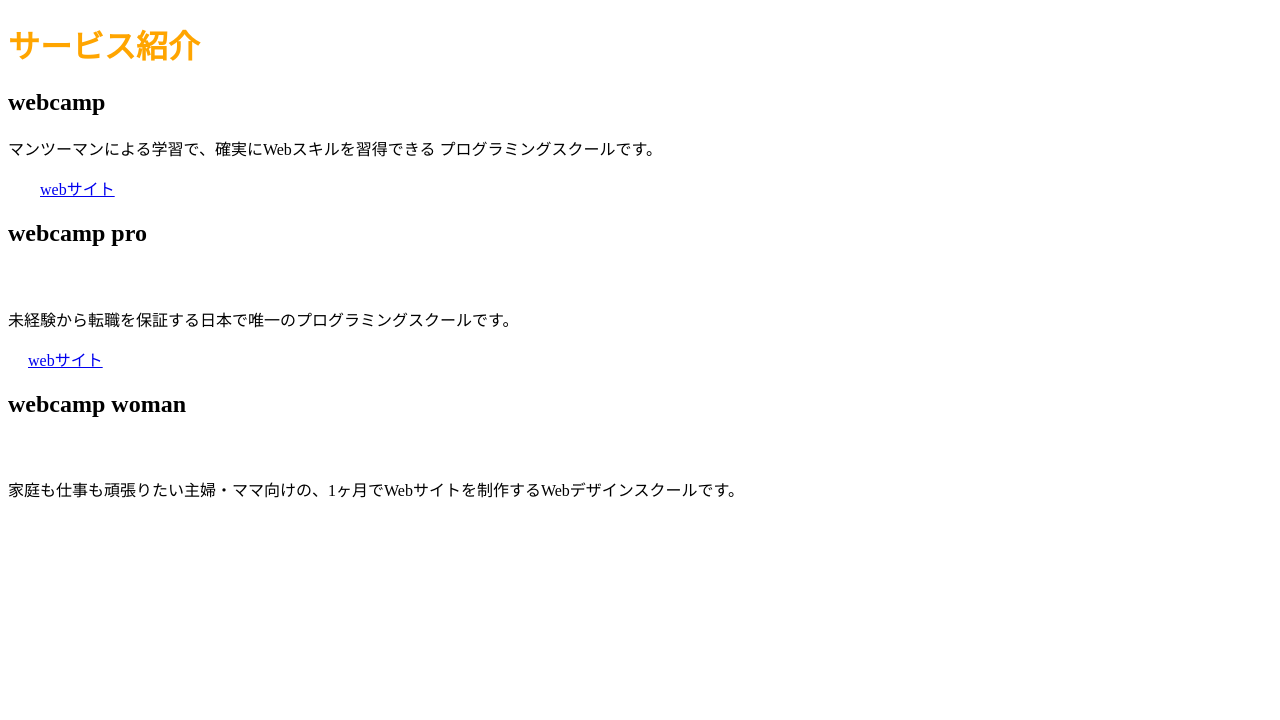
Repository: ryosei-110/HTML-CSS-
Page: 1-2/1-2.html
The author's editor kept a record of every edit. The page is drawn from the files as they stood at one moment, then again after the next edit.
The browser window is 1280 px wide. The pictures show the whole page.

Above is the page before.

### 1-2/1-2.html
<!DOCTYPE html>
<html lang="ja">
  <head>
    <meta charset="UTF-8" />
    <link rel="stylesheet" href="1-2.css" />
    <title>1-2演習問題</title>
  </head>
  <body>
    <h1>サービス紹介</h1>
      <h2>webcamp</h2>
        <p>マンツーマンによる学習で、確実にWebスキルを習得できる
        プログラミングスクールです。</p>
        　　<a href="https://infratop.jp/">webサイト</a>
    　<h2>webcamp pro</h2>
    　　  <p>未経験から転職を保証する日本で唯一のプログラミングスクールです。</p>
    　       <a href="https://infratop.jp/">webサイト</a>
    　<h2>webcamp woman</h2>
    　<p>家庭も仕事も頑張りたい主婦・ママ向けの、1ヶ月でWebサイトを制作するWebデザインスクールです。</p>

    </div>
  </body>
</html>

### 1-2/1-2.css
h1{color: orange}

After the next edit:
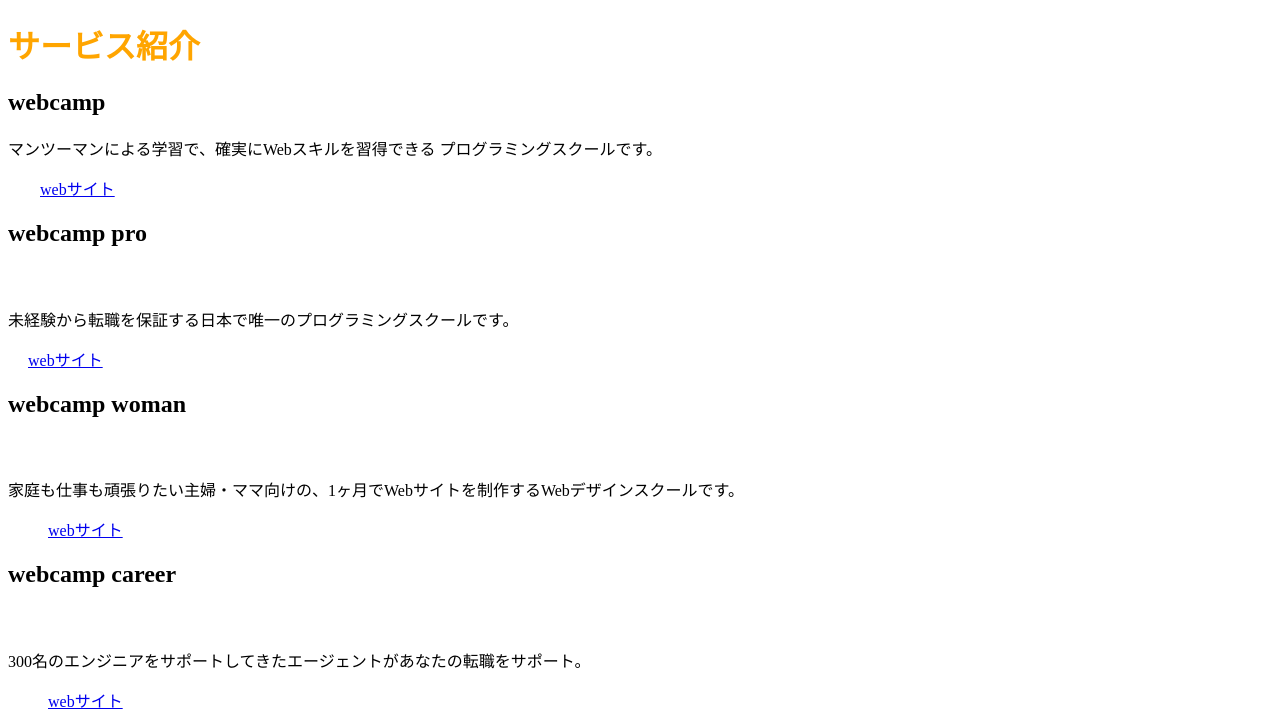
The edit:
--- a/1-2/1-2.html
+++ b/1-2/1-2.html
@@ -15,8 +15,11 @@
     　　  <p>未経験から転職を保証する日本で唯一のプログラミングスクールです。</p>
     　       <a href="https://infratop.jp/">webサイト</a>
     　<h2>webcamp woman</h2>
-    　<p>家庭も仕事も頑張りたい主婦・ママ向けの、1ヶ月でWebサイトを制作するWebデザインスクールです。</p>
-
+    　　　<p>家庭も仕事も頑張りたい主婦・ママ向けの、1ヶ月でWebサイトを制作するWebデザインスクールです。</p>
+    　   　   <a href="https://infratop.jp/">webサイト</a>
+    　<h2>webcamp career</h2>
+    　 　<p>300名のエンジニアをサポートしてきたエージェントがあなたの転職をサポート。</p>
+    　   　   <a href="https://infratop.jp/">webサイト</a>
     </div>
   </body>
 </html>
